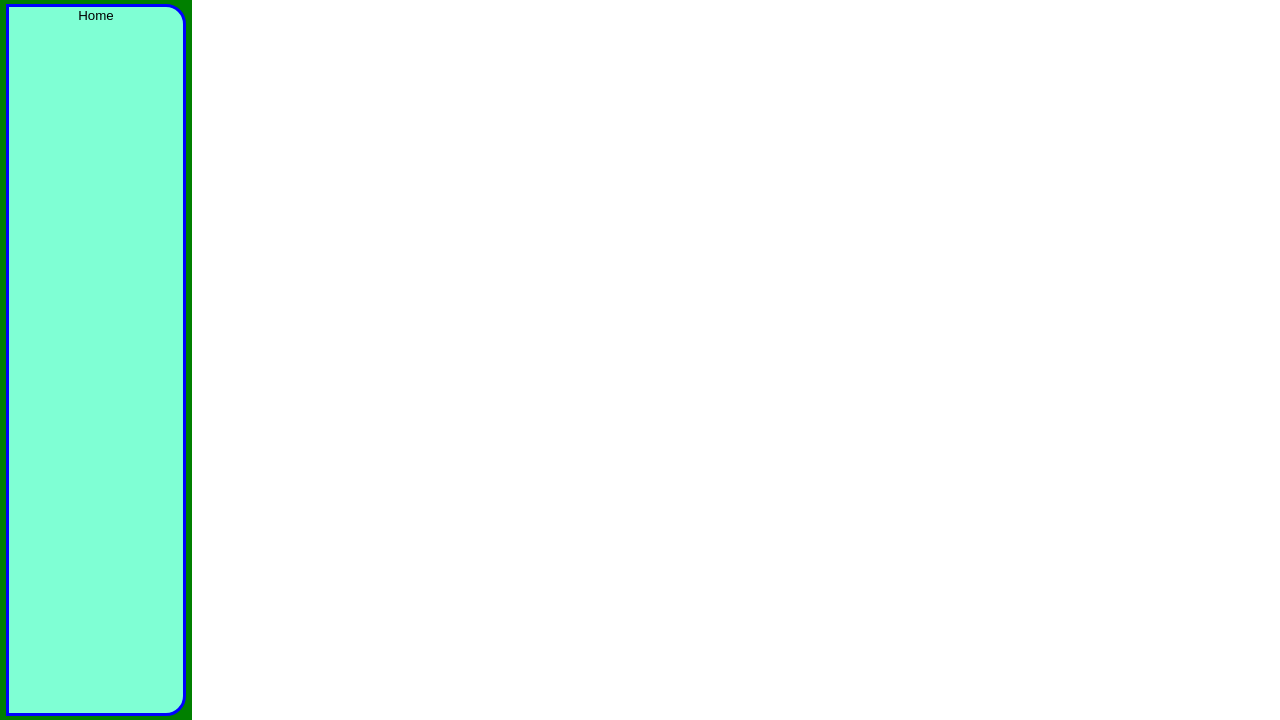
Repository: Tahaa2t/Researchers
Page: /
The author's editor kept a copy of each file at every save. The page is drawn from the files as they stood at one save, then again after the next save.
The browser window is 1280 px wide. The pictures show the whole page.
The project was rebuilt for these pictures with package versions that can differ from the ones it lists, and the page was loaded fresh each time. Also part of the build but not shown: src/Components/loginform.js, src/Components/HomePage.js.

Above is the page before, as saved 2023-07-05 21:10:05.

### src/App.js
import { BrowserRouter, Routes, Route } from "react-router-dom";
import "./App.css"
import LoginForm from "./Components/loginform"
import HomePage from "./Components/HomePage";
import Navbar from "./Components/Navbar";

// color pallet
// #3aa6b9
// #D0E8E1
// #348472


function App() {



  return (
    <div className="App">

      {/* <LoginForm /> */}
      <Navbar />
      {/* <BrowserRouter>
        <Routes>
          <Route path="/" Component={<LoginForm />} />
          <Route path="/home" Component={<HomePage />} />
        </Routes>
      </BrowserRouter> */}
    </div>
  );
}

export default App;

### src/Components/Navbar.js
import React, { useState } from "react";
import { useNavigate } from 'react-router-dom';
import axios from 'axios';
import "./css/navbarstyle.css";

const Navbar = () => {
  return (
    <div className="navbar-boundry">
      <nav className="nav-setting">
        <button className="btn home-btn" href="/#">
          Home
        </button>


      </nav>





    </div>
  )
}

export default Navbar

### src/Components/css/loginstyle.css
@import url('https://fonts.googleapis.com/css?family=Josefin+Sans');


/* notes

---centering something---
display: flex;
  justify-content: center;
  align-items: center;



--- neechay ya uper se qareeb krna ho tou---
.check-btn {
  position: relative;
  bottom: 3em;
}
*/


* {
  margin: 0;
  box-sizing: border-box;
}

.page {
  background-color: #3aa6b9;
  height: 100vh;
  width: 100%;
  display: flex;
  justify-content: space-around;
  align-items: center;
  font-family: 'Josefin Sans', cursive;
}

.cover {
  background-image: linear-gradient(#D0E8E1, rgba(178, 209, 233, 0));
  width: 50%;
  min-width: 240px;
  max-width: 800px;
  height: 620px;
  position: fixed;
  border-radius: 0.5em;
  display: flex;
  flex: 1 1 200;
  flex-direction: column;
  align-items: center;
  justify-content: space-evenly;
  flex-wrap: wrap;
}

h1 {
  color: rgb(3, 45, 77);
  display: flex;
  flex-wrap: wrap;
}

.user-input {

  display: flex;
  /* flex-direction: column; */
  justify-content: space-evenly;
  width: 80%;
  height: 10%;
  flex-wrap: wrap;
  /* background-color: green; */
}
input[type=text]{
  background-color: rgba(0,0,0,0);
  border-color: #348472;
  border-radius: 8px 8px 8px 8px;
  border-width: 10%;
  border-style: solid;
  display: flex;
  justify-content: space-evenly;
  margin: 8px;
  /* outline-color: rgb(6, 106, 183); */
  height: 44px;
  width: 240px;
  /* bottom: -1.5em; */
}


input[type=password]{
  background-color: rgba(0,0,0,0);
  border-color: #348472;
  border-radius: 8px 8px 8px 8px;
  border-width: 10%;
  border-style: solid;
  display: flex;
  justify-content: space-evenly;
  margin: 8px;
  /* outline-color: rgb(6, 106, 183); */
  height: 44px;
  width: 240px;
  /* position: relative;
  top: -1.5em; */
}

input:focus {
  background-color: #348472;
  opacity: 50%;
}

.line{
  text-decoration: underline;
  color: black;
}

.login-btn {
  appearance: none;
  background-color: rgba(0,0,0,0);
  border-width: 0;
  box-sizing: border-box;
  color: black;
  cursor: pointer;
  display: inline-block;
  font-family: Clarkson,Helvetica,sans-serif;
  font-size: 14px;
  font-weight: 500;
  letter-spacing: 0;
  line-height: 1em;
  margin: 0;
  opacity: 1;
  outline: 0;
  padding: 1.5em 2.2em;
  position: relative;
  text-align: center;
  text-decoration: none;
  text-rendering: geometricprecision;
  text-transform: uppercase;
  transition: opacity 300ms cubic-bezier(.694, 0, 0.335, 1),background-color 100ms cubic-bezier(.694, 0, 0.335, 1),color 100ms cubic-bezier(.694, 0, 0.335, 1);
  user-select: none;
  -webkit-user-select: none;
  touch-action: manipulation;
  vertical-align: baseline;
  white-space: nowrap;
  display: flex;
  justify-content: center;
  align-items: center;
}

.login-btn:before {
  animation: opacityFallbackOut .5s step-end forwards;
  backface-visibility: hidden;
  background-color: #348472;
  opacity: 50%;
  clip-path: polygon(-1% 0, 0 0, -25% 100%, -1% 100%);
  content: "";
  height: 100%;
  left: 0;
  position: absolute;
  top: 0;
  transform: translateZ(0);
  transition: clip-path .5s cubic-bezier(.165, 0.84, 0.44, 1), -webkit-clip-path .5s cubic-bezier(.165, 0.84, 0.44, 1);
  width: 100%;
}

.login-btn:hover:before {
  animation: opacityFallbackIn 0s step-start forwards;
  clip-path: polygon(0 0, 101% 0, 101% 101%, 0 101%);
}

.login-btn:after {
  background-color: #FFFFFF;
}

.login-btn span {
  z-index: 1;
  position: relative;
}


.check-btn input {
  display:inline-block;
  margin-right:10px;
}
.check-btn p {
  display:inline-block;
}



/* use state */
.hide {
  display: none;
}

.login-popup {
  position: absolute;
  width: 40em;
  height: 35em;
  display: flex;
  flex-direction: column;
  align-items: center;
  justify-content: center;
  border-radius: 0.25em;
  outline-color: rgb(3, 58, 101);
  background-color: rgba(0,0,0,0);
  backdrop-filter: blur(5px);
  /* color: rgb(3, 58, 101); */
  bottom: 0;
  transform: scale(1);
  transform: 1.5s;
}

### src/Components/css/navbarstyle.css
* {
  margin: 0;
  box-sizing: border-box;
}

nav {
  width: 15%;
  height: 100%;
  background-color: green;
  display: flex;
  justify-content: center;
  align-items: center;
  flex-direction: column;
  position: fixed;
}
.btn {
  background-color: aquamarine;
  width: 94%;
  height: 100px;
  text-align: center;
  border-radius: 0px 20px 20px 0px;
  border: 3px solid blue;
  margin: 4px;
  display: flex;
  flex: 1;
  justify-content: center;
}

/* .btn button {
  background-color: blue;
  border: none;
  border-radius: 8px;
  color: white;
  padding: 20% 20%;
  text-align: center;
  text-decoration: none;
  font-weight: 500;
  display: inline-block;
  font-size: 16px;
  justify-content: space-evenly;
  margin: 2px;

} */

Loaded but not shown: public/index.html (common file); src/index.js (common file); src/reportWebVitals.js (common file); src/App.css (common file)

After the next save:
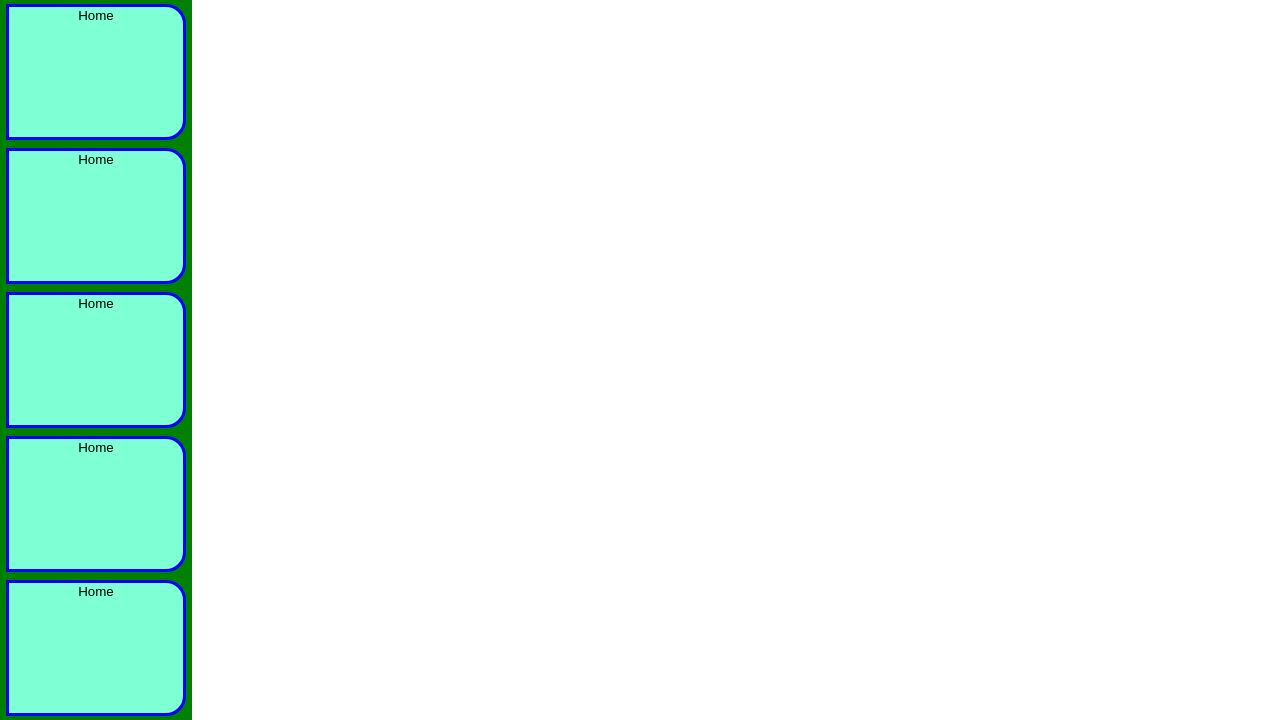
Saved 9 s later.
--- a/src/Components/Navbar.js
+++ b/src/Components/Navbar.js
@@ -7,6 +7,18 @@ const Navbar = () => {
   return (
     <div className="navbar-boundry">
       <nav className="nav-setting">
+        <button className="btn home-btn" href="/#">
+          Home
+        </button>
+        <button className="btn home-btn" href="/#">
+          Home
+        </button>
+        <button className="btn home-btn" href="/#">
+          Home
+        </button>
+        <button className="btn home-btn" href="/#">
+          Home
+        </button>
         <button className="btn home-btn" href="/#">
           Home
         </button>
